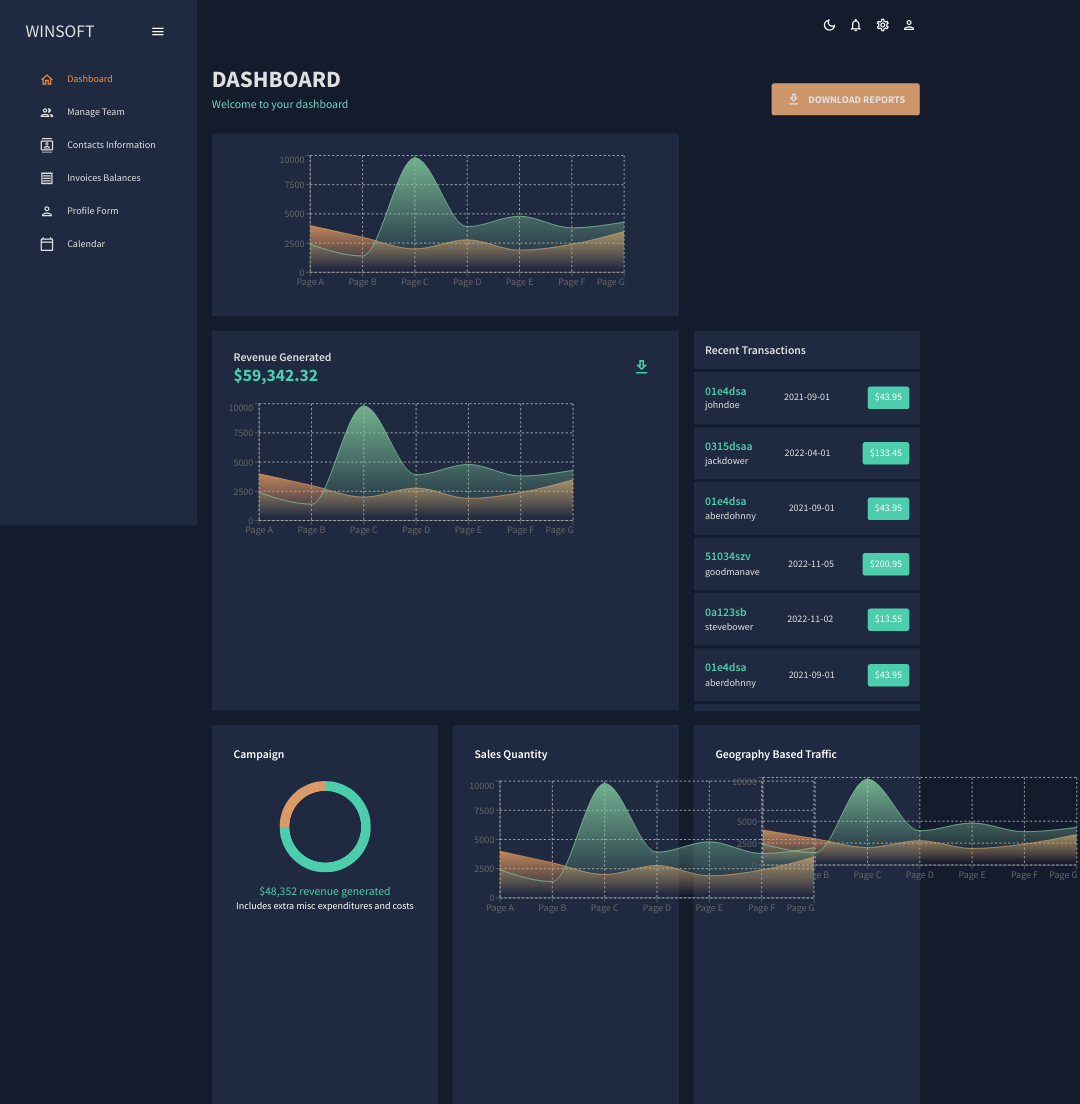
Repository: thamaraiselvan315731/winssoft
Page: /
These files come from the project's save history. The page is drawn as it stood at one moment and after the next save; the edit follows.
The browser window is 1280 px wide. The page is 1480 px wide, then 1280 px, so the pictures cover 1480 px, including what lies to the right of the window. The pictures show the whole page, at 73% of full size.
The project was rebuilt for these pictures with package versions that can differ from the ones it lists, and the page was loaded fresh each time. Also part of the build but not shown: src/pages/team/index.jsx, src/pages/invoices/index.jsx, src/pages/contacts/index.jsx, src/pages/form/index.jsx, src/components/LineChart.jsx, src/data/mockGeoFeatures.js, src/components/GeographyChart.jsx, src/components/BarChart.jsx and 3 more.

Above is the page before, as saved 2022-12-01 11:15:23.

### src/App.js
import { useState } from "react";
import { Routes, Route } from "react-router-dom";
import Topbar from "./pages/global/Topbar";
import Sidebar from "./pages/global/Sidebar";
import Team from "./pages/team";
import Invoices from "./pages/invoices";
import Contacts from "./pages/contacts";
import Form from "./pages/form";
// import Bar from "./pages/bar";
// import Line from "./pages/line";
// import Pie from "./pages/pie";
// import Geography from "./pages/geography";
import Dashboard from "./pages/dashboard";
import FAQ from "./pages/faq";
import { CssBaseline, ThemeProvider } from "@mui/material";
import { ColorModeContext, useMode } from "./theme";
import Calendar from "./pages/calendar/calendar";

function App() {
  const [theme, colorMode] = useMode();
  const [isSidebar, setIsSidebar] = useState(true);

  return (
    <ColorModeContext.Provider value={colorMode}>
      <ThemeProvider theme={theme}>
        <CssBaseline />
        <div className="app">
          <Sidebar isSidebar={isSidebar} />
          <main className="content">
            <Topbar setIsSidebar={setIsSidebar} />
            <Routes>
              <Route path="/" element={<Dashboard />} />
              <Route path="/team" element={<Team />} />
              <Route path="/contacts" element={<Contacts />} />
              <Route path="/invoices" element={<Invoices />} />
              <Route path="/form" element={<Form />} />
              {/* <Route path="/bar" element={<Bar />} />
              <Route path="/pie" element={<Pie />} />
              <Route path="/line" element={<Line />} /> */}
              <Route path="/faq" element={<FAQ />} />
              <Route path="/calendar" element={<Calendar />} />
              {/* <Route path="/geography" element={<Geography />} /> */}
            </Routes>
          </main>
        </div>
      </ThemeProvider>
    </ColorModeContext.Provider>
  );
}

export default App;

### src/pages/global/Topbar.jsx
import { Box, IconButton, useTheme } from "@mui/material";
import { useContext } from "react";
import { ColorModeContext, tokens } from "../../theme";
import InputBase from "@mui/material/InputBase";
import LightModeOutlinedIcon from "@mui/icons-material/LightModeOutlined";
import DarkModeOutlinedIcon from "@mui/icons-material/DarkModeOutlined";
import NotificationsOutlinedIcon from "@mui/icons-material/NotificationsOutlined";
import SettingsOutlinedIcon from "@mui/icons-material/SettingsOutlined";
import PersonOutlinedIcon from "@mui/icons-material/PersonOutlined";
import SearchIcon from "@mui/icons-material/Search";

const Topbar = () => {
  const theme = useTheme();
  const colors = tokens(theme.palette.mode);
  const colorMode = useContext(ColorModeContext);

  return (
    <Box display="flex" justifyContent="flex-end" p={2}>
      {/* SEARCH BAR */}
      {/* <Box
        display="flex"
        backgroundColor={colors.primary[400]}
        borderRadius="3px"
      >
        <InputBase sx={{ ml: 2, flex: 1 }} placeholder="Search" />
        <IconButton type="button" sx={{ p: 1 }}>
          <SearchIcon />
        </IconButton>
      </Box> */}

      {/* ICONS */}
      <Box display="flex">
        <IconButton onClick={colorMode.toggleColorMode}>
          {theme.palette.mode === "dark" ? (
            <DarkModeOutlinedIcon />
          ) : (
            <LightModeOutlinedIcon />
          )}
        </IconButton>
        <IconButton>
          <NotificationsOutlinedIcon />
        </IconButton>
        <IconButton>
          <SettingsOutlinedIcon />
        </IconButton>
        <IconButton>
          <PersonOutlinedIcon />
        </IconButton>
      </Box>
    </Box>
  );
};

export default Topbar;

### src/pages/global/Sidebar.jsx
import { useState } from "react";
import { ProSidebar, Menu, MenuItem } from "react-pro-sidebar";
import { Box, IconButton, Typography, useTheme } from "@mui/material";
import { Link } from "react-router-dom";
import "react-pro-sidebar/dist/css/styles.css";
import { tokens } from "../../theme";
import HomeOutlinedIcon from "@mui/icons-material/HomeOutlined";
import PeopleOutlinedIcon from "@mui/icons-material/PeopleOutlined";
import ContactsOutlinedIcon from "@mui/icons-material/ContactsOutlined";
import ReceiptOutlinedIcon from "@mui/icons-material/ReceiptOutlined";
import PersonOutlinedIcon from "@mui/icons-material/PersonOutlined";
import CalendarTodayOutlinedIcon from "@mui/icons-material/CalendarTodayOutlined";// eslint-disable-next-line
import HelpOutlineOutlinedIcon from "@mui/icons-material/HelpOutlineOutlined";// eslint-disable-next-line
import BarChartOutlinedIcon from "@mui/icons-material/BarChartOutlined";// eslint-disable-next-line
import PieChartOutlineOutlinedIcon from "@mui/icons-material/PieChartOutlineOutlined";// eslint-disable-next-line
import TimelineOutlinedIcon from "@mui/icons-material/TimelineOutlined";// eslint-disable-next-line
import MenuOutlinedIcon from "@mui/icons-material/MenuOutlined";// eslint-disable-next-line
import MapOutlinedIcon from "@mui/icons-material/MapOutlined";// eslint-disable-next-line

const Item = ({ title, to, icon, selected, setSelected }) => {
  const theme = useTheme();
  const colors = tokens(theme.palette.mode);
  return (
    <MenuItem
      active={selected === title}
      style={{
        color: colors.grey[100],
      }}
      onClick={() => setSelected(title)}
      icon={icon}
    >
      <Typography>{title}</Typography>
      <Link to={to} />
    </MenuItem>
  );
};

const Sidebar = () => {
  const theme = useTheme();
  const colors = tokens(theme.palette.mode);
  const [isCollapsed, setIsCollapsed] = useState(false);
  const [selected, setSelected] = useState("Dashboard");

  return (
    <Box
      sx={{
        "& .pro-sidebar-inner": {
          background: `${colors.primary[400]} !important`,
        },
        "& .pro-icon-wrapper": {
          backgroundColor: "transparent !important",
        },
        "& .pro-inner-item": {
          padding: "5px 35px 5px 20px !important",
        },
        "& .pro-inner-item:hover": {
          color: "#f78d3e !important",
        },
        "& .pro-menu-item.active": {
          color: "#f78d3e !important",
        },
      }}
    >
      <ProSidebar collapsed={isCollapsed}>
        <Menu iconShape="square">
          {/* LOGO AND MENU ICON */}
          <MenuItem
            onClick={() => setIsCollapsed(!isCollapsed)}
            icon={isCollapsed ? <MenuOutlinedIcon /> : undefined}
            style={{
              margin: "10px 0 20px 0",
              color: colors.grey[100],
            }}
          >
            {!isCollapsed && (
              <Box
                display="flex"
                justifyContent="space-between"
                alignItems="center"
                ml="15px"
              >
                <Typography variant="h3" color={colors.grey[100]}>
                  WINSOFT
                </Typography>
                <IconButton onClick={() => setIsCollapsed(!isCollapsed)}>
                  <MenuOutlinedIcon />
                </IconButton>
              </Box>
            )}
          </MenuItem>

          {/* {!isCollapsed && (
            <Box mb="25px">
              <Box display="flex" justifyContent="center" alignItems="center">
                <img
                  alt="profile-user"
                  width="100px"
                  height="100px"
                  src={`../../assets/user.png`}
                  style={{ cursor: "pointer", borderRadius: "50%" }}
                />
              </Box>
              <Box textAlign="center">
                <Typography
                  variant="h2"
                  color={colors.grey[100]}
                  fontWeight="bold"
                  sx={{ m: "10px 0 0 0" }}
                >
                  Ed Roh
                </Typography>
                <Typography variant="h5" color={colors.greenAccent[500]}>
                  VP Fancy Admin
                </Typography>
              </Box>
            </Box>
          )} */}

          <Box paddingLeft={isCollapsed ? undefined : "10%"}>
            <Item
              title="Dashboard"
              to="/"
              icon={<HomeOutlinedIcon />}
              selected={selected}
              setSelected={setSelected}
            />

            {/* <Typography
              variant="h6"
              color={colors.grey[300]}
              sx={{ m: "15px 0 5px 20px" }}
            >
              Data
            </Typography> */}
            <Item
              title="Manage Team"
              to="/team"
              icon={<PeopleOutlinedIcon />}
              selected={selected}
              setSelected={setSelected}
            />
            <Item
              title="Contacts Information"
              to="/contacts"
              icon={<ContactsOutlinedIcon />}
              selected={selected}
              setSelected={setSelected}
            />
            <Item
              title="Invoices Balances"
              to="/invoices"
              icon={<ReceiptOutlinedIcon />}
              selected={selected}
              setSelected={setSelected}
            />

            {/* <Typography
              variant="h6"
              color={colors.grey[300]}
              sx={{ m: "15px 0 5px 20px" }}
            >
              Pages
            </Typography> */}
            <Item
              title="Profile Form"
              to="/form"
              icon={<PersonOutlinedIcon />}
              selected={selected}
              setSelected={setSelected}
            />
            <Item
              title="Calendar"
              to="/calendar"
              icon={<CalendarTodayOutlinedIcon />}
              selected={selected}
              setSelected={setSelected}
            />
            {/* <Item
              title="FAQ Page"
              to="/faq"
              icon={<HelpOutlineOutlinedIcon />}
              selected={selected}
              setSelected={setSelected}
            /> */}

            {/* <Typography
              variant="h6"
              color={colors.grey[300]}
              sx={{ m: "15px 0 5px 20px" }}
            >
              Charts
            </Typography>
            <Item
              title="Bar Chart"
              to="/bar"
              icon={<BarChartOutlinedIcon />}
              selected={selected}
              setSelected={setSelected}
            />
            <Item
              title="Pie Chart"
              to="/pie"
              icon={<PieChartOutlineOutlinedIcon />}
              selected={selected}
              setSelected={setSelected}
            />
            <Item
              title="Line Chart"
              to="/line"
              icon={<TimelineOutlinedIcon />}
              selected={selected}
              setSelected={setSelected}
            />
            <Item
              title="Geography Chart"
              to="/geography"
              icon={<MapOutlinedIcon />}
              selected={selected}
              setSelected={setSelected}
            /> */}
          </Box>
        </Menu>
      </ProSidebar>
    </Box>
  );
};

export default Sidebar;

### src/pages/dashboard/index.jsx
import { Box, Button, IconButton, Typography, useTheme } from "@mui/material";
import { tokens } from "../../theme";
import { mockTransactions } from "../../data/mockData";
import DownloadOutlinedIcon from "@mui/icons-material/DownloadOutlined";
import { AreaCharts } from "../../Charts/AreaChart"
import EmailIcon from "@mui/icons-material/Email";
import PointOfSaleIcon from "@mui/icons-material/PointOfSale";
import PersonAddIcon from "@mui/icons-material/PersonAdd";
import TrafficIcon from "@mui/icons-material/Traffic";
import Header from "../../components/Header";
import LineChart from "../../components/LineChart";
import GeographyChart from "../../components/GeographyChart";
import BarChart from "../../components/BarChart";
import StatBox from "../../components/StatBox";
import ProgressCircle from "../../components/ProgressCircle";

const Dashboard = () => {
  const theme = useTheme();
  const colors = tokens(theme.palette.mode);

  return (

    <Box m="20px">
      {/* HEADER */}
      <Box display="flex" justifyContent="space-between" alignItems="center">
        <Header title="DASHBOARD" subtitle="Welcome to your dashboard" />

        <Box>
          <Button
            sx={{
              backgroundColor: colors.blueAccent[700],
              color: colors.grey[100],
              fontSize: "14px",
              fontWeight: "bold",
              padding: "10px 20px",
            }}
          >
            <DownloadOutlinedIcon sx={{ mr: "10px" }} />
            Download Reports
          </Button>
        </Box>
      </Box>

      {/* GRID & CHARTS */}
      <Box
        display="grid"
        gridTemplateColumns="repeat(12, 1fr)"
        gridAutoRows="250px"
        gap="20px"
      >
        {/* ROW 1 */}
        <Box
          gridColumn="span 8"
          backgroundColor={colors.primary[400]}
          display="flex"
          alignItems="center"
          justifyContent="center"
        >
          <AreaCharts />

        </Box>

        {/* <Box
          gridColumn="span 3"
          backgroundColor={colors.primary[400]}
          display="flex"
          alignItems="center"
          justifyContent="center"
        >
          <StatBox
            title="431,225"
            subtitle="Sales Obtained"
            progress="0.50"
            increase="+21%"
            icon={
              <PointOfSaleIcon
                sx={{ color: colors.greenAccent[600], fontSize: "26px" }}
              />
            }
          />
        </Box>
        <Box
          gridColumn="span 3"
          backgroundColor={colors.primary[400]}
          display="flex"
          alignItems="center"
          justifyContent="center"
        >
          <StatBox
            title="32,441"
            subtitle="New Clients"
            progress="0.30"
            increase="+5%"
            icon={
              <PersonAddIcon
                sx={{ color: colors.greenAccent[600], fontSize: "26px" }}
              />
            }
          />
        </Box>
        <Box
          gridColumn="span 3"
          backgroundColor={colors.primary[400]}
          display="flex"
          alignItems="center"
          justifyContent="center"
        >
          <StatBox
            title="1,325,134"
            subtitle="Traffic Received"
            progress="0.80"
            increase="+43%"
            icon={
              <TrafficIcon
                sx={{ color: colors.greenAccent[600], fontSize: "26px" }}
              />
            }
          />
        </Box> */}

        {/* ROW 2 */}
        <Box
          gridColumn="span 8"
          gridRow="span 2"
          backgroundColor={colors.primary[400]}
        >
          <Box
            mt="25px"
            p="0 30px"
            display="flex "
            justifyContent="space-between"
            alignItems="center"
          >
            <Box>
              <Typography
                variant="h5"
                fontWeight="600"
                color={colors.grey[100]}
              >
                Revenue Generated
              </Typography>
              <Typography
                variant="h3"
                fontWeight="bold"
                color={colors.greenAccent[500]}
              >
                $59,342.32
              </Typography>
            </Box>
            <Box>
              <IconButton>
                <DownloadOutlinedIcon
                  sx={{ fontSize: "26px", color: colors.greenAccent[500] }}
                />
              </IconButton>
            </Box>
          </Box>
          <Box height="250px" m="20px 0 0 0">
            <AreaCharts />
          </Box>
        </Box>
        <Box
          gridColumn="span 4"
          gridRow="span 2"
          backgroundColor={colors.primary[400]}
          overflow="auto"
        >
          <Box
            display="flex"
            justifyContent="space-between"
            alignItems="center"
            borderBottom={`4px solid ${colors.primary[500]}`}
            colors={colors.grey[100]}
            p="15px"
          >
            <Typography color={colors.grey[100]} variant="h5" fontWeight="600">
              Recent Transactions
            </Typography>
          </Box>
          {mockTransactions.map((transaction, i) => (
            <Box
              key={`${transaction.txId}-${i}`}
              display="flex"
              justifyContent="space-between"
              alignItems="center"
              borderBottom={`4px solid ${colors.primary[500]}`}
              p="15px"
            >
              <Box>
                <Typography
                  color={colors.greenAccent[500]}
                  variant="h5"
                  fontWeight="600"
                >
                  {transaction.txId}
                </Typography>
                <Typography color={colors.grey[100]}>
                  {transaction.user}
                </Typography>
              </Box>
              <Box color={colors.grey[100]}>{transaction.date}</Box>
              <Box
                backgroundColor={colors.greenAccent[500]}
                p="5px 10px"
                borderRadius="4px"
              >
                ${transaction.cost}
              </Box>
            </Box>
          ))}
        </Box>

        {/* ROW 3 */}
        <Box
          gridColumn="span 4"
          gridRow="span 2"
          backgroundColor={colors.primary[400]}
          p="30px"
        >
          <Typography variant="h5" fontWeight="600">
            Campaign
          </Typography>
          <Box
            display="flex"
            flexDirection="column"
            alignItems="center"
            mt="25px"
          >
            <ProgressCircle size="125" />
            <Typography
              variant="h5"
              color={colors.greenAccent[500]}
              sx={{ mt: "15px" }}
            >
              $48,352 revenue generated
            </Typography>
            <Typography>Includes extra misc expenditures and costs</Typography>
          </Box>
        </Box>
        <Box
          gridColumn="span 4"
          gridRow="span 2"
          backgroundColor={colors.primary[400]}
        >
          <Typography
            variant="h5"
            fontWeight="600"
            sx={{ padding: "30px 30px 0 30px" }}
          >
            Sales Quantity
          </Typography>
          <Box height="250px" mt="20px">
            <AreaCharts />
          </Box>
        </Box>
        <Box
          gridColumn="span 4"
          gridRow="span 2"
          backgroundColor={colors.primary[400]}
          padding="30px"
        >
          <Typography
            variant="h5"
            fontWeight="600"
            sx={{ marginBottom: "15px" }}
          >
            Geography Based Traffic
          </Typography>
          <Box height="200px">
            <AreaCharts />
          </Box>
        </Box>
      </Box>
    </Box>
  );
};

export default Dashboard;

### src/Charts/CombinedCharts.js
import React, { PureComponent } from 'react';
import {
    ResponsiveContainer,
    ComposedChart,
    Line,
    Area,
    Bar,
    XAxis,
    YAxis,
    CartesianGrid,
    Tooltip,
    Legend,
} from 'recharts';

const data = [
    {
        name: 'Page A',
        uv: 590,
        pv: 800,
        amt: 1400,
    },
    {
        name: 'Page B',
        uv: 868,
        pv: 967,
        amt: 1506,
    },
    {
        name: 'Page C',
        uv: 1397,
        pv: 1098,
        amt: 989,
    },
    {
        name: 'Page D',
        uv: 1480,
        pv: 1200,
        amt: 1228,
    },
    {
        name: 'Page E',
        uv: 1520,
        pv: 1108,
        amt: 1100,
    },
    {
        name: 'Page F',
        uv: 1400,
        pv: 680,
        amt: 1700,
    },
];

export default class CombinedCharts extends PureComponent {
    static demoUrl = 'https://codesandbox.io/s/composed-chart-in-responsive-container-pkqmy';

    render() {
        return (
            <div style={{ width: '100%', height: 300 }}>
                <ResponsiveContainer>
                    <ComposedChart
                        width={500}
                        height={400}
                        data={data}
                        margin={{
                            top: 20,
                            right: 20,
                            bottom: 20,
                            left: 20,
                        }}
                    >
                        <CartesianGrid stroke="#f5f5f5" />
                        <XAxis dataKey="name" scale="band" />
                        <YAxis />
                        <Tooltip />
                        <Legend />
                        <Area type="monotone" dataKey="amt" fill="#de965d" stroke="#de965d" />
                        <Bar dataKey="pv" barSize={20} fill="#4d945f" />
                        <Line type="monotone" dataKey="uv" stroke="#42c9c9" />
                    </ComposedChart>
                </ResponsiveContainer>
            </div>
        );
    }
}

Loaded but not shown: public/index.html (common file); src/index.js (common file); src/index.css (common file); src/components/Header.jsx (common file); src/components/ProgressCircle.jsx (common file); src/data/mockData.js (1283 lines, source omitted); src/theme.js (214 lines, source omitted); src/Charts/AreaChart.js (76 lines, source omitted)

After the next save:
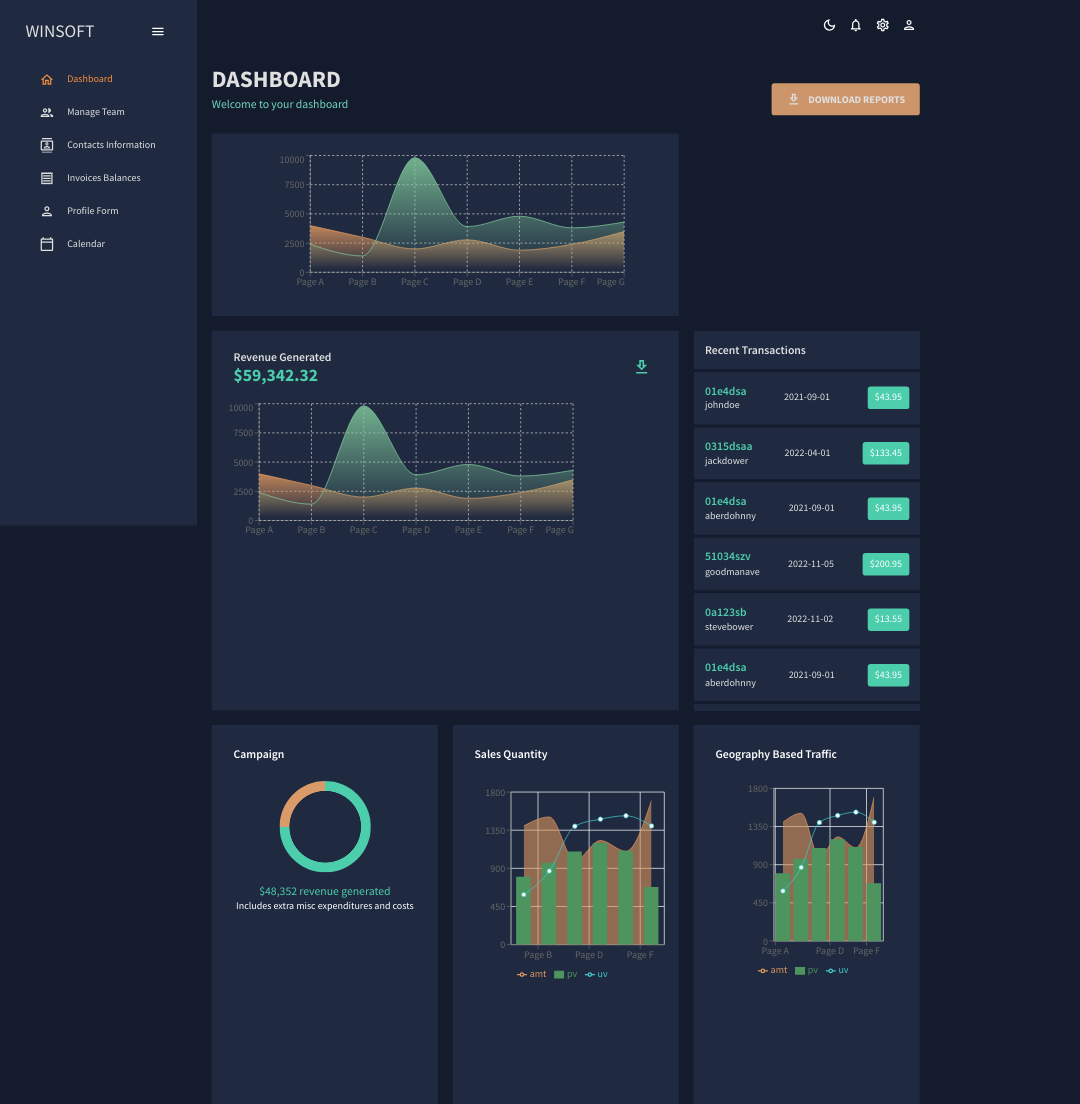
Saved 52 s later.
--- a/src/pages/dashboard/index.jsx
+++ b/src/pages/dashboard/index.jsx
@@ -3,6 +3,7 @@ import { tokens } from "../../theme";
 import { mockTransactions } from "../../data/mockData";
 import DownloadOutlinedIcon from "@mui/icons-material/DownloadOutlined";
 import { AreaCharts } from "../../Charts/AreaChart"
+import CombinedCharts from "../../Charts/CombinedCharts"
 import EmailIcon from "@mui/icons-material/Email";
 import PointOfSaleIcon from "@mui/icons-material/PointOfSale";
 import PersonAddIcon from "@mui/icons-material/PersonAdd";
@@ -250,7 +251,7 @@ const Dashboard = () => {
             Sales Quantity
           </Typography>
           <Box height="250px" mt="20px">
-            <AreaCharts />
+            <CombinedCharts />
           </Box>
         </Box>
         <Box
@@ -267,7 +268,7 @@ const Dashboard = () => {
             Geography Based Traffic
           </Typography>
           <Box height="200px">
-            <AreaCharts />
+            <CombinedCharts />
           </Box>
         </Box>
       </Box>
